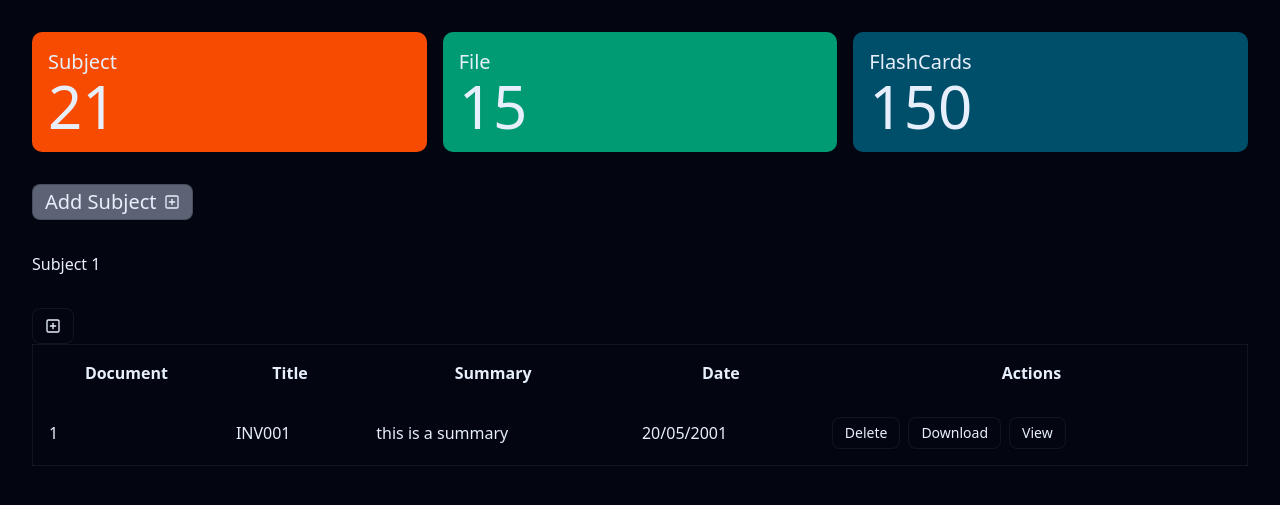
Repository: SywarDer/Student-Assistance
Page: /dashboard (app in student-assistant/)
An editor plug-in stored every save of this project. The page is shown before and after the next save, followed by the edit.
The browser window is 1280 px wide. The pictures show the whole page.
The project was rebuilt for these pictures with package versions that can differ from the ones it lists, and the page was loaded fresh each time. The framework's server and built-in components were replaced by stand-ins that run in the browser. Also part of the build but not shown: student-assistant/next.config.ts, student-assistant/components/ui/input.tsx.

Above is the page before, as saved 2025-11-04 17:35:16.

### student-assistant/app/layout.tsx
import type { Metadata } from "next";
import { Geist, Geist_Mono } from "next/font/google";
import "./globals.css";
import { SidebarProvider, SidebarTrigger } from "@/components/ui/sidebar";


const geistSans = Geist({
  variable: "--font-geist-sans",
  subsets: ["latin"],
});

const geistMono = Geist_Mono({
  variable: "--font-geist-mono",
  subsets: ["latin"],
});

export const metadata: Metadata = {
  title: "Create Next App",
  description: "Generated by create next app",
};

export default function RootLayout({
children,
}: Readonly<{
  children: React.ReactNode;
}>) {
  return (
    <html lang="en">
      <body
        className={`${geistSans.variable} ${geistMono.variable} antialiased`}
      >


        {children}

      </body>
    </html>
  );
}

### student-assistant/app/dashboard/page.tsx
"use client";
import { Button } from "@/components/ui/button";
import { Input } from "@/components/ui/input";
import { TableCaption, TableHeader, TableRow, TableHead, TableBody, TableCell, TableFooter } from "@/components/ui/table";
import { Dialog, DialogTrigger, DialogContent, DialogTitle, DialogDescription, DialogClose } from "@radix-ui/react-dialog";
import { Popover, PopoverTrigger, PopoverContent } from "@radix-ui/react-popover";
import { PlusSquare, Table } from "lucide-react";
import { Label } from "recharts";

export default function Dashboard() {

    const documents = [
        {
            id: "1",
            title: "INV001",
            date: "20/05/2001",
            summary: "this is a summary",
            actions: <div className="flex">
                <Button variant="outline" size="sm" className="mr-2">Delete</Button>
                <Button variant="outline" size="sm" className="mr-2">Download</Button>
                <Button variant="outline" size="sm">View</Button>
            </div>,
        }
    ]
    return (

        <div className="m-8 space-y-8">
            {/*Dashboard Cards*/}
            <div className="flex space-x-4 justify-between w-full">
                <div className="rounded-lg p-4 w-1/3" style={{
                    backgroundColor: "var(--chart-1)",
                    color: "var(--card-foreground)",
                }}>
                    <h1 className="text-xl">Subject</h1>
                    <h1 className="text-6xl">21</h1>
                </div>
                <div className="rounded-lg p-4 w-1/3" style={{
                    backgroundColor: "var(--chart-2)",
                    color: "var(--card-foreground)",
                }}>
                    <h1 className="text-xl">File</h1>
                    <h1 className="text-6xl">15</h1>
                </div>
                <div className="rounded-lg p-4 w-1/3" style={{
                    backgroundColor: "var(--chart-3)",
                    color: "var(--card-foreground)",
                }}>
                    <h1 className="text-xl">FlashCards</h1>
                    <h1 className="text-6xl">150</h1>
                </div>
            </div>

            {/* Button new subject */}
            <Popover>
                <PopoverTrigger asChild>
                    <Button variant="outline" className="cursor-pointer text-xl" style={{ backgroundColor: "var(--ring)" }}>
                    Add Subject <PlusSquare />
                    </Button>

                </PopoverTrigger>
                <PopoverContent className="w-80">
                    <div className="grid gap-4">
                        <div className="space-y-2">
                            <h4 className="leading-none font-medium">Subject</h4>
                            <p className="text-muted-foreground text-sm">
                                Set the details for the subject.
                            </p>
                        </div>
                        <div className="grid gap-2 ">
                            <div className="grid grid-cols-3 items-center gap-4">
                                <h1>Title</h1>
                                <Input
                                    id="width"
                                    defaultValue="100%"
                                    className="col-span-2 h-8"
                                />
                            </div>
                            <div className="grid grid-cols-3 items-center gap-4">
                                <h1>Summary</h1>
                                <Input
                                    id="maxWidth"
                                    defaultValue="300px"
                                    className="col-span-2 h-8"
                                />
                            </div>
                            <Button className="mt-4">Create Subject</Button>
                        </div>
                    </div>
                </PopoverContent>
            </Popover>

            {/** List of subjects */}

            <h1 className="text-md">Subject 1</h1>
            <table className="min-w-full border">

                <caption className="text-left text-xl cursor-pointer">

                    <Dialog>
                        <form>
                            <DialogTrigger asChild>
                                <Button variant="outline"><PlusSquare /></Button>
                            </DialogTrigger>
                            {/** Drag and drop a document */}
                            <DialogContent className="sm:max-w-[425px]">
                                <div>
                                    <DialogTitle>Upload Documents</DialogTitle>
                                    <DialogDescription>
                                        Drag and drop your files below or click the button to upload.
                                    </DialogDescription>
                                </div>

                                {/* Drag & Drop area */}
                                <div
                                    className="mt-4 flex flex-col items-center justify-center border-2 border-dashed border-gray-300 rounded-lg p-8 text-center cursor-pointer hover:border-gray-400 transition"
                                    onDragOver={(e) => e.preventDefault()}
                                    onDrop={(e) => {
                                        e.preventDefault();
                                        const files = Array.from(e.dataTransfer.files);
                                        console.log("Dropped files:", files);

                                    }}
                                >
                                    <svg
                                        xmlns="http://www.w3.org/2000/svg"
                                        width="40"
                                        height="40"
                                        viewBox="0 0 24 24"
                                        fill="none"
                                        stroke="currentColor"
                                        strokeWidth="2"
                                        strokeLinecap="round"
                                        strokeLinejoin="round"
                                        className="lucide lucide-upload text-gray-500 mb-2"
                                    >
                                        <path d="M21 15v4a2 2 0 0 1-2 2H5a2 2 0 0 1-2-2v-4" />
                                        <polyline points="17 8 12 3 7 8" />
                                        <line x1="12" x2="12" y1="3" y2="15" />
                                    </svg>
                                    <p className="text-sm text-gray-600">
                                        Drop your files here or click below to upload
                                    </p>
                                </div>

                                {/* Upload button */}
                                <div className="mt-4 flex justify-center space-x-3">
                                    <input
                                        type="file"
                                        id="file-upload"
                                        multiple
                                        className="hidden"
                                        onChange={(e) => {
                                            const files = Array.from(e.target.files ?? []);
                                            console.log("Selected files:", files);
                                            // TODO: handle upload logic
                                        }}
                                    />
                                    <label htmlFor="file-upload">
                                        <Button asChild>
                                            <span>Choose Files</span>
                                        </Button>
                                    </label>
                                    <Button type="submit">Upload</Button>
                                </div>

                                {/* Cancel button */}
                                <div className="mt-4 flex justify-end">
                                    <DialogClose asChild>
                                        <Button variant="outline">Cancel</Button>
                                    </DialogClose>
                                </div>
                            </DialogContent>

                        </form>
                    </Dialog>

                </caption>

                <thead className="gap-4">
                    <tr>
                        <th className="p-4">Document</th>
                        <th className="p-4">Title</th>
                        <th className="p-4">Summary</th>
                        <th className="p-4">Date</th>
                        <th className="p-4">Actions</th>
                    </tr>
                </thead>
                <tbody>
                    {documents.map((doc) => (
                        <tr key={doc.id}>
                            <td className="p-4">{doc.id}</td>
                            <td className="p-4">{doc.title}</td>
                            <td className="p-4">{doc.summary}</td>
                            <td className="p-4">{doc.date}</td>
                            <td className="p-4">{doc.actions}</td>
                        </tr>
                    ))}
                </tbody>
            </table>

        </div>

    )
}

### student-assistant/app/globals.css
@import "tailwindcss";
@import "tw-animate-css";

@custom-variant dark (&:is(.dark *));

@theme inline {
  --color-background: var(--background);
  --color-foreground: var(--foreground);
  --font-sans: var(--font-geist-sans);
  --font-mono: var(--font-geist-mono);
  --color-sidebar-ring: var(--sidebar-ring);
  --color-sidebar-border: var(--sidebar-border);
  --color-sidebar-accent-foreground: var(--sidebar-accent-foreground);
  --color-sidebar-accent: var(--sidebar-accent);
  --color-sidebar-primary-foreground: var(--sidebar-primary-foreground);
  --color-sidebar-primary: var(--sidebar-primary);
  --color-sidebar-foreground: var(--sidebar-foreground);
  --color-sidebar: var(--sidebar);
  --color-chart-5: var(--chart-5);
  --color-chart-4: var(--chart-4);
  --color-chart-3: var(--chart-3);
  --color-chart-2: var(--chart-2);
  --color-chart-1: var(--chart-1);
  --color-ring: var(--ring);
  --color-input: var(--input);
  --color-border: var(--border);
  --color-destructive: var(--destructive);
  --color-accent-foreground: var(--accent-foreground);
  --color-accent: var(--accent);
  --color-muted-foreground: var(--muted-foreground);
  --color-muted: var(--muted);
  --color-secondary-foreground: var(--secondary-foreground);
  --color-secondary: var(--secondary);
  --color-primary-foreground: var(--primary-foreground);
  --color-primary: var(--primary);
  --color-popover-foreground: var(--popover-foreground);
  --color-popover: var(--popover);
  --color-card-foreground: var(--card-foreground);
  --color-card: var(--card);
  --radius-sm: calc(var(--radius) - 4px);
  --radius-md: calc(var(--radius) - 2px);
  --radius-lg: var(--radius);
  --radius-xl: calc(var(--radius) + 4px);
}

:root {
  --radius: 0.625rem;

  /* Base dark background & text */
  --background: oklch(0.12 0.03 270);        /* Dark gray-blue */
  --foreground: oklch(0.95 0.02 260);        /* Soft white */

  /* Cards & popovers */
  --card: oklch(0.18 0.04 270);              /* Slightly lighter than background */
  --card-foreground: var(--foreground);
  --popover: oklch(0.18 0.04 270);
  --popover-foreground: var(--foreground);

  /* Primary & secondary */
  --primary: oklch(0.6 0.12 260);            /* Deep blue */
  --primary-foreground: var(--foreground);
  --secondary: oklch(0.45 0.08 280);         /* Soft purple */
  --secondary-foreground: var(--foreground);

  /* Muted & accents */
  --muted: oklch(0.2 0.03 270);
  --muted-foreground: oklch(0.7 0.02 260);
  --accent: oklch(0.65 0.15 350);            /* Magenta/pinkish accent */
  --accent-foreground: var(--foreground);

  /* Destructive actions */
  --destructive: oklch(0.6 0.25 30);         /* Dark red */
  --border: oklch(0.3 0.02 270 / 40%);
  --input: oklch(0.15 0.03 270);             /* Slightly darker than card */
  --ring: oklch(0.5 0.03 270);

  /* Charts */
  --chart-1: oklch(0.65 0.22 40);
  --chart-2: oklch(0.6 0.15 170);
  --chart-3: oklch(0.4 0.08 230);
  --chart-4: oklch(0.6 0.18 300);
  --chart-5: oklch(0.55 0.2 50);

  /* Sidebar */
  --sidebar: oklch(0.18 0.04 270);
  --sidebar-foreground: var(--foreground);
  --sidebar-primary: var(--primary);
  --sidebar-primary-foreground: var(--foreground);
  --sidebar-accent: var(--accent);
  --sidebar-accent-foreground: var(--foreground);
  --sidebar-border: oklch(0.3 0.02 270 / 40%);
  --sidebar-ring: oklch(0.5 0.03 270);
}

/* Optional light mode toggle */
.light {
  --background: oklch(0.98 0.02 260);       /* Light gray */
  --foreground: oklch(0.12 0.03 270);       /* Dark text */

  --card: oklch(0.99 0.03 260);
  --card-foreground: var(--foreground);
  --popover: oklch(0.99 0.03 260);
  --popover-foreground: var(--foreground);

  --primary: oklch(0.2 0.05 260);
  --primary-foreground: var(--foreground);
  --secondary: oklch(0.5 0.1 280);
  --secondary-foreground: var(--foreground);

  --muted: oklch(0.85 0.03 270);
  --muted-foreground: oklch(0.35 0.02 260);
  --accent: oklch(0.8 0.2 350);
  --accent-foreground: var(--foreground);

  --destructive: oklch(0.9 0.25 30);
  --border: oklch(0.8 0.02 270 / 30%);
  --input: oklch(0.95 0.03 260);
  --ring: oklch(0.7 0.03 270);

  --chart-1: oklch(0.65 0.22 40);
  --chart-2: oklch(0.6 0.15 170);
  --chart-3: oklch(0.4 0.08 230);
  --chart-4: oklch(0.6 0.18 300);
  --chart-5: oklch(0.55 0.2 50);

  --sidebar: oklch(0.95 0.03 260);
  --sidebar-foreground: var(--foreground);
  --sidebar-primary: var(--primary);
  --sidebar-primary-foreground: var(--foreground);
  --sidebar-accent: var(--accent);
  --sidebar-accent-foreground: var(--foreground);
  --sidebar-border: oklch(0.8 0.02 270 / 30%);
  --sidebar-ring: oklch(0.7 0.03 270);
}



@layer base {
  * {
    @apply border-border outline-ring/50;
  }
  body {
    @apply bg-background text-foreground;
  }
}

### student-assistant/components/ui/button.tsx
import * as React from "react"
import { Slot } from "@radix-ui/react-slot"
import { cva, type VariantProps } from "class-variance-authority"

import { cn } from "@/lib/utils"

const buttonVariants = cva(
  "inline-flex items-center justify-center gap-2 whitespace-nowrap rounded-md text-sm font-medium transition-all disabled:pointer-events-none disabled:opacity-50 [&_svg]:pointer-events-none [&_svg:not([class*='size-'])]:size-4 shrink-0 [&_svg]:shrink-0 outline-none focus-visible:border-ring focus-visible:ring-ring/50 focus-visible:ring-[3px] aria-invalid:ring-destructive/20 dark:aria-invalid:ring-destructive/40 aria-invalid:border-destructive",
  {
    variants: {
      variant: {
        default: "bg-primary text-primary-foreground hover:bg-primary/90",
        destructive:
          "bg-destructive text-white hover:bg-destructive/90 focus-visible:ring-destructive/20 dark:focus-visible:ring-destructive/40 dark:bg-destructive/60",
        outline:
          "border bg-background shadow-xs hover:bg-accent hover:text-accent-foreground dark:bg-input/30 dark:border-input dark:hover:bg-input/50",
        secondary:
          "bg-secondary text-secondary-foreground hover:bg-secondary/80",
        ghost:
          "hover:bg-accent hover:text-accent-foreground dark:hover:bg-accent/50",
        link: "text-primary underline-offset-4 hover:underline",
      },
      size: {
        default: "h-9 px-4 py-2 has-[>svg]:px-3",
        sm: "h-8 rounded-md gap-1.5 px-3 has-[>svg]:px-2.5",
        lg: "h-10 rounded-md px-6 has-[>svg]:px-4",
        icon: "size-9",
        "icon-sm": "size-8",
        "icon-lg": "size-10",
      },
    },
    defaultVariants: {
      variant: "default",
      size: "default",
    },
  }
)

function Button({
  className,
  variant,
  size,
  asChild = false,
  ...props
}: React.ComponentProps<"button"> &
  VariantProps<typeof buttonVariants> & {
    asChild?: boolean
  }) {
  const Comp = asChild ? Slot : "button"

  return (
    <Comp
      data-slot="button"
      className={cn(buttonVariants({ variant, size, className }))}
      {...props}
    />
  )
}

export { Button, buttonVariants }

Loaded but not shown: student-assistant/lib/utils.ts (common file)

After the next save:
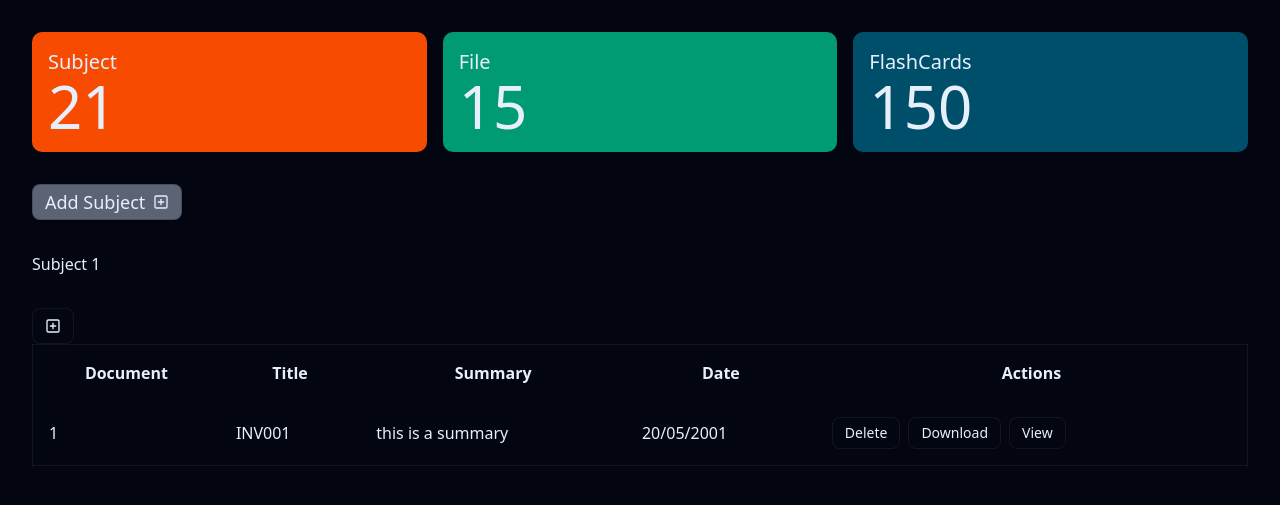
Saved 14 s later.
--- a/student-assistant/app/dashboard/page.tsx
+++ b/student-assistant/app/dashboard/page.tsx
@@ -53,7 +53,7 @@ export default function Dashboard() {
             {/* Button new subject */}
             <Popover>
                 <PopoverTrigger asChild>
-                    <Button variant="outline" className="cursor-pointer text-xl" style={{ backgroundColor: "var(--ring)" }}>
+                    <Button variant="outline" className="cursor-pointer text-lg" style={{ backgroundColor: "var(--ring)" }}>
                     Add Subject <PlusSquare />
                     </Button>
 
